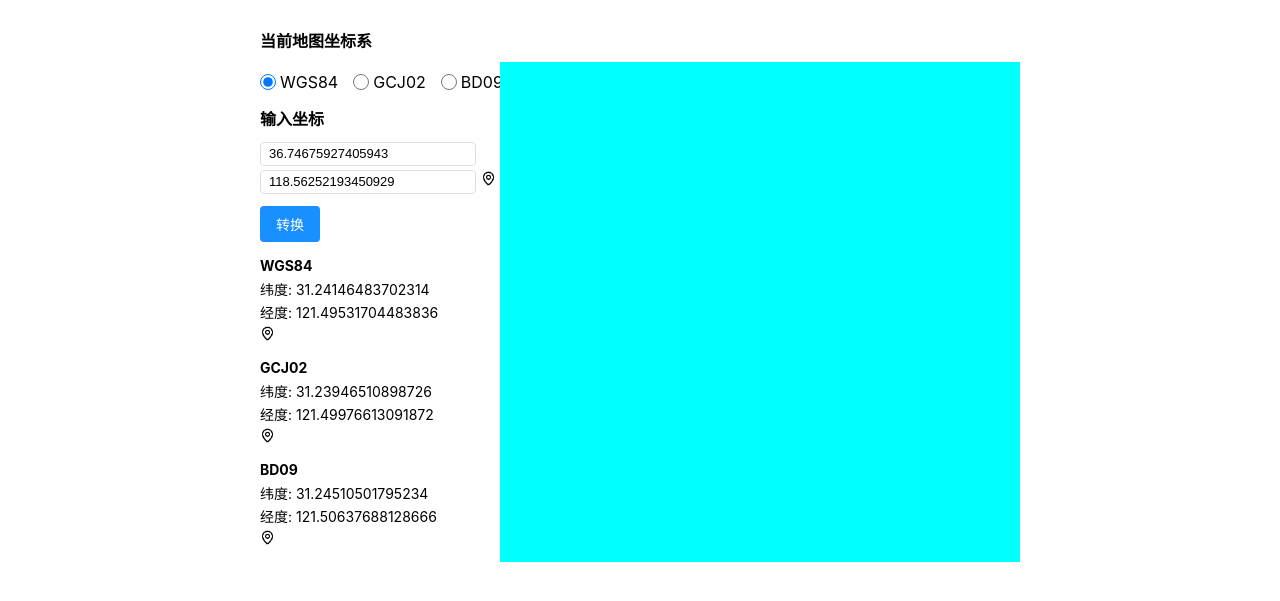
Repository: 1242128273wangpeng/MapTransformTools
Page: popup.html
These files come from the project's save history. The page is drawn as it stood at one moment and after the next save; the edit follows.
The browser window is 1280 px wide. The pictures show the whole page.

Above is the page before, as saved 2025-01-23 22:47:13.

After the next save:
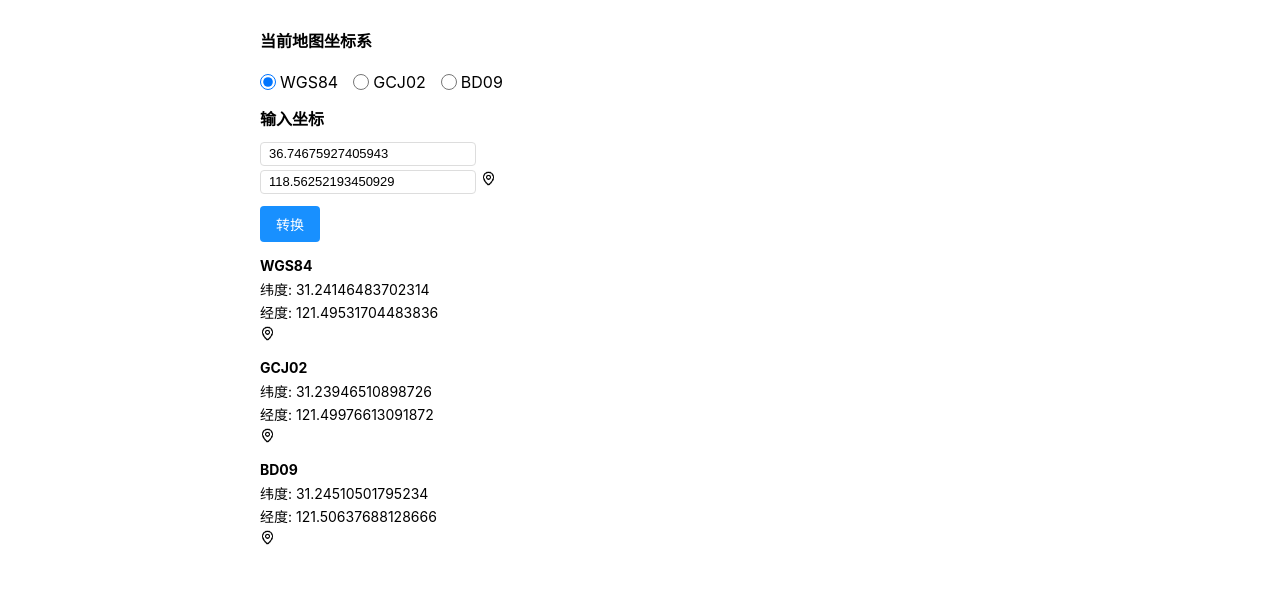
Saved 3 min 28 s later.
--- a/popup.html
+++ b/popup.html
@@ -198,7 +198,7 @@
 					</div>
 				</div>
 			</div>
-			<div id="map" style="width: 100%; height: 500px;background-color: aqua;"></div>
+			<div id="map" style="width: 100%; height: 500px;"></div>
 		</div>
 	</body>
 
